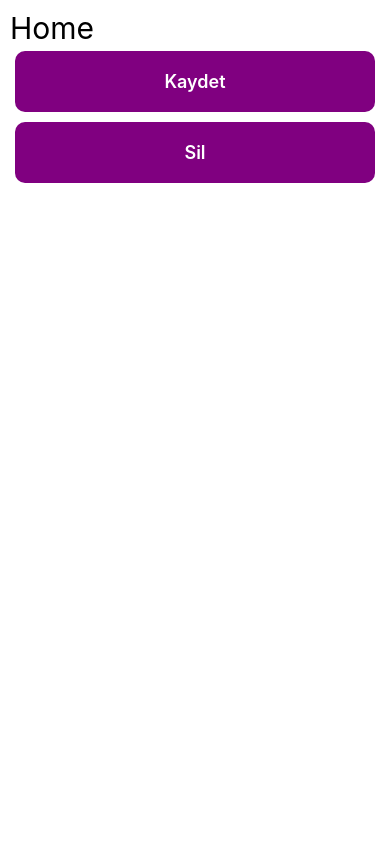
Repository: Kubraaygun/ReactNativeMVVM
Screen: /
An editor plug-in stored every save of this project. The screen is shown before and after a run of saves, followed by the edit.
The app was drawn by React Native's web renderer in a window 390 px wide. The project was rebuilt for these pictures with package versions that can differ from the ones it lists, and the page was loaded fresh each time.

Above is the screen before, as saved 2024-12-12 01:17:15.

### App.jsx
//import liraries
import React, {Component} from 'react';
import {View, Text, StyleSheet} from 'react-native';
import Home from './src/screens/home';

// create a component
const App = () => {
  return <Home />;
};

export default App;

### src/screens/home/index.jsx
//import liraries
import React, {Component} from 'react';
import {View, Text, StyleSheet, SafeAreaView, Alert} from 'react-native';
import Button from '../../components/ui/button';

// create a component
const Home = () => {
  return (
    <SafeAreaView style={styles.container}>
      <View style={styles.screen}>
        <Text style={{fontSize: 30}}>Home</Text>
        <Button onPress={() => Alert.alert('merhaba')} title="Kaydet" />
        <Button onPress={() => Alert.alert('merhaba')} title="Sil" />
      </View>
    </SafeAreaView>
  );
};

// define your styles
const styles = StyleSheet.create({
  container: {
    flex: 1,
    backgroundColor: '#fff',
    padding: 10,
  },
  screen: {
    padding: 10,
    flex: 1,
  },
});

//make this component available to the app
export default Home;

### src/components/ui/button.jsx
//import liraries
import React, {Component} from 'react';
import {View, Text, StyleSheet, TouchableOpacity, Alert} from 'react-native';

// create a component
const Button = props => {
  const {title, status} = props;
  return (
    <TouchableOpacity {...props} style={styles.container}>
      <Text style={styles.title}>{title}</Text>
    </TouchableOpacity>
  );
};

// define your styles
const styles = StyleSheet.create({
  container: {
    justifyContent: 'center',
    alignItems: 'center',
    backgroundColor: 'purple',
    padding: 20,
    borderRadius: 10,
    margin: 5,
  },

  success: {
    backgroundColor: 'aqua',
  },
  error: {
    backgroundColor: 'red',
  },

  title: {
    color: 'white',
    fontWeight: '600',
    fontSize: 18,
  },
});

//make this component available to the app
export default Button;

After the next 2 saves:
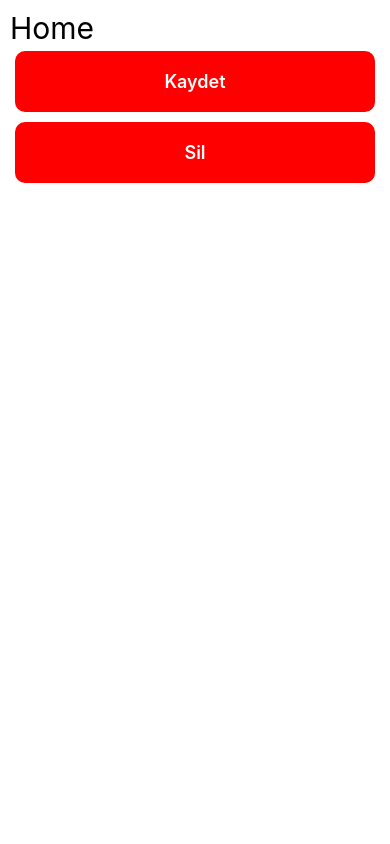
The 2 saves are shown as one change because 1 did not build or start.
The last was saved 70 s later.
--- a/src/components/ui/button.jsx
+++ b/src/components/ui/button.jsx
@@ -6,7 +6,12 @@ import {View, Text, StyleSheet, TouchableOpacity, Alert} from 'react-native';
 const Button = props => {
   const {title, status} = props;
   return (
-    <TouchableOpacity {...props} style={styles.container}>
+    <TouchableOpacity
+      {...props}
+      style={[
+        styles.container,
+        status == 'success' ? styles.success : styles.error,
+      ]}>
       <Text style={styles.title}>{title}</Text>
     </TouchableOpacity>
   );
